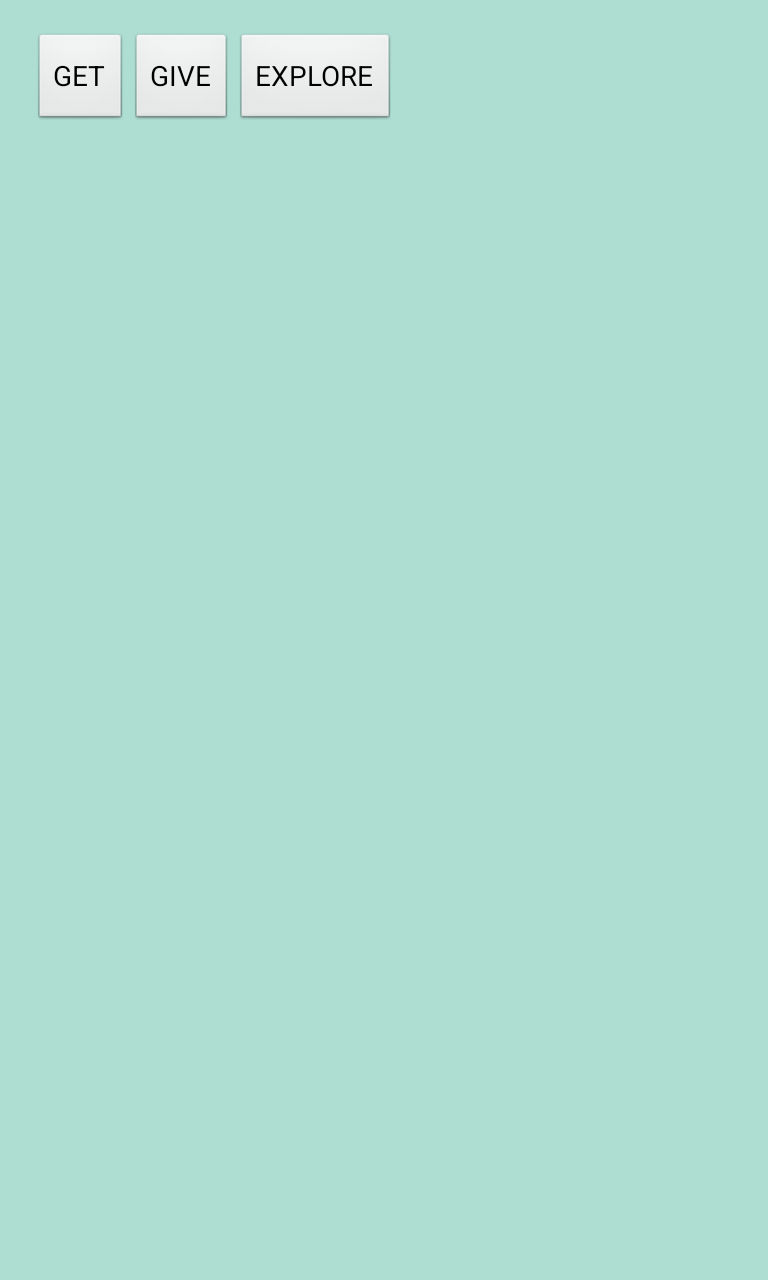
Repository: stephalee/challenge
Layout: WhyNot/res/layout/activity_main.xml
The author's editor kept a copy of each file at every save. The layout is drawn from the files as they stood at one save, then again after the next save.
It is drawn on a 768 x 1280 px phone screen (xhdpi) without system bars, with theme MyTheme; the app's code is not run.

Above is the layout before, as saved 2014-02-08 17:43:48.

After the next save:
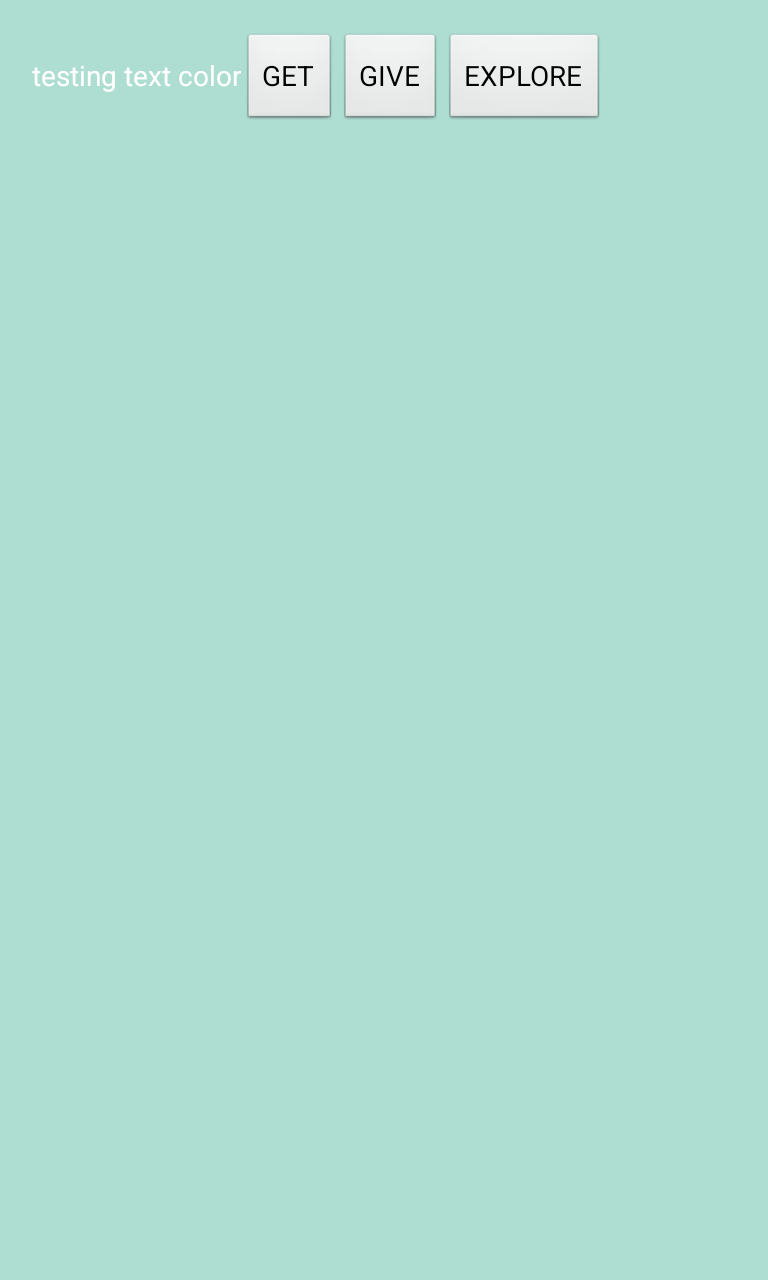
Saved 3 min 15 s later.
--- a/WhyNot/res/layout/activity_main.xml
+++ b/WhyNot/res/layout/activity_main.xml
@@ -7,6 +7,13 @@
     android:paddingRight="@dimen/activity_horizontal_margin"
     android:paddingTop="@dimen/activity_vertical_margin"
     tools:context=".MainActivity" >
+
+<!--     Test for styles -->
+    <TextView
+        android:id="@+id/test"
+        android:layout_width="wrap_content"
+        android:layout_height="wrap_content"
+        android:text="testing text color"/>
 
 <!--     Button to get a challenge -->
        <Button
